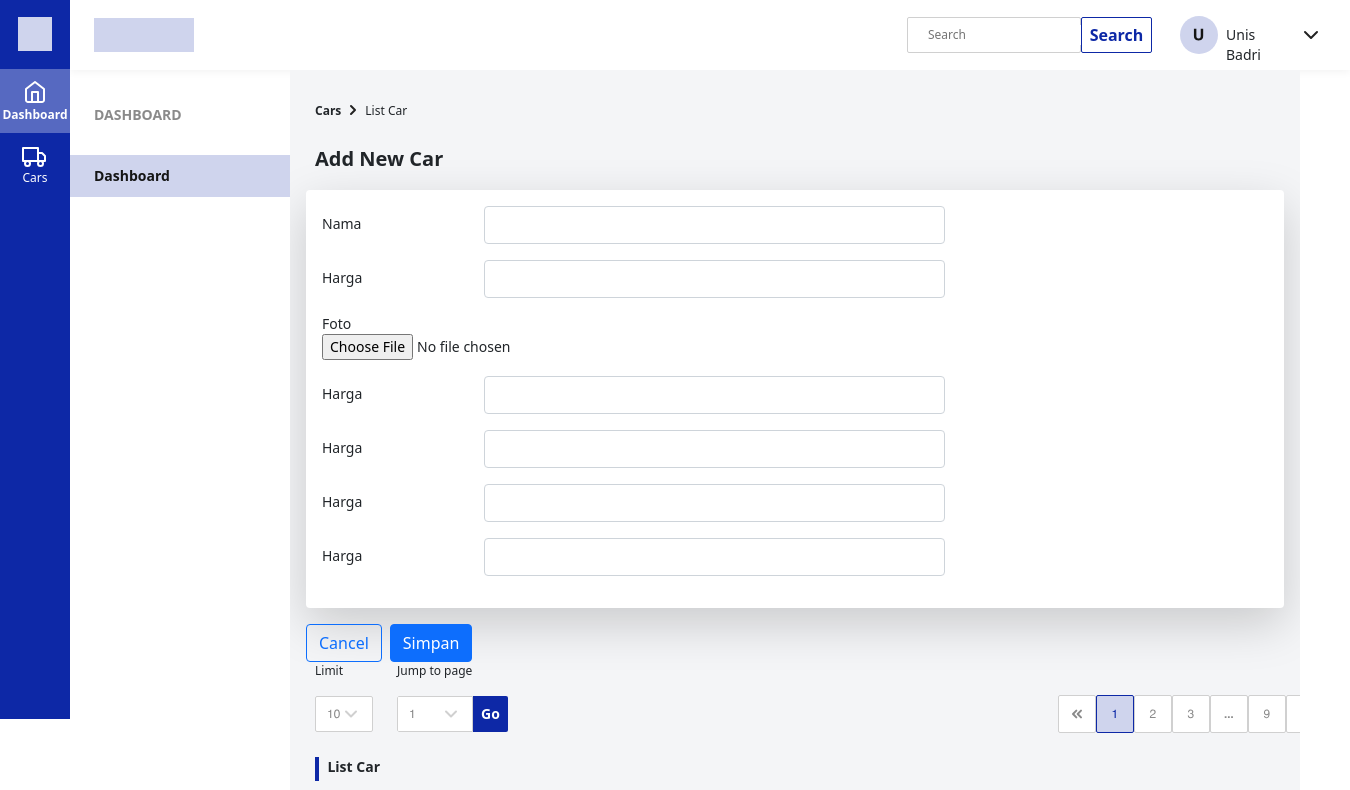
Repository: farrelmuhammad/challenge-7-binar
Page: /carlist/add
The author's editor kept a copy of each file at every save. The page is drawn from the files as they stood at one save, then again after the next save.
The browser window is 1280 px wide. The page is 1350 px wide, so the pictures cover 1350 px, including what lies to the right of the window. The pictures show the whole page.
An inner scrolling area shows only its first screen. The project was rebuilt for these pictures with package versions that can differ from the ones it lists, and the page was loaded fresh each time. Also part of the build but not shown: src/component/navbar.js, src/component/header.js, src/component/footer.js, src/App.js, src/component/admin/Dashboard/index.jsx, src/pages/admin/Dashboard.js, src/component/admin/Cars/index.jsx, src/pages/admin/CarsList.js and 2 more.

Above is the page before, as saved 2022-05-27 21:21:09.

### src/index.css
body {
  font-family: Helvetica Neue, Helvetica, Arial, sans-serif;
  font-style: normal;
  font-weight: normal;
  font-size: 14px;
  line-height: 20px;
  margin: 0;
  padding: 0;
}

h1,
h2,
h3,
h4,
h5 {
  line-height: 150%;
}

.header{
  background-color: #F1F3FF;
}

.footer i {
  color: #0D28A6;
  font-size: x-large;
}

.bg-darkblue{
  background-color: #0D28A6;
}

.logo {
  background-color: #0D28A6;
  width: 100px;
  height: 34px;
}

code {
  font-family: source-code-pro, Menlo, Monaco, Consolas, 'Courier New',
    monospace;
}

.card-cari {
  width: 1047px;
  /* height: 106px; */
  margin-top: -50px;
  z-index: 2;
}
.button-cari {
  width: 92px !important;
  margin-top: 30px;
  height: 36px;
}
.activeCari {
  height: 100%;
  width: 0;
  position: fixed;
  z-index: 2;
  top: 0;
  left: 0;
  background-color: rgba(0, 0, 0, 0.5);
  overflow-x: hidden;
  transition: 0.5s;
  padding-top: 34px;
}

### src/component/admin/Navbar.jsx
import { Link } from 'react-router-dom';
import './Navbar.css';

const Navbar = () => {
  return (
    <header>
      {/* navbar top */}
      <div className="nav-top navbar">
        <div className="logo"></div>
        <span
          className="icon-menu iconify"
          data-icon="charm:menu-hamburger"
          data-width="24"
        ></span>
        <form className="nav-search d-flex">
          <div className="box-search">
            <span
              className="iconify"
              data-icon="akar-icons:search"
              data-width="18"
            ></span>
            <input type="search" placeholder="Search" />
          </div>
          <button className="button-search" type="submit">
            Search
          </button>
        </form>
        <div className="profile">
          <img src="img/profile.svg" alt="profile" />
          <p>Unis Badri</p>
          <img className="dropdown" src="img/dropdown.svg" alt="dropdown" />
        </div>
      </div>

      {/* navbar side */}
      <div className="nav-side">
        <div className="nav-blue">
          <div className="square"></div>
          <div className="frame-menu">
            <div className="dash-img" id="active">
              <a href="/dashboard">
                <img src="/img/dashboard.svg" alt="dashboard" />
              </a>
              <a href="/dashboard">Dashboard</a>
            </div>
            <div className="dash-img">
              <Link to="/carlist">
              <a>
                <img src="/img/cars.svg" alt="cars" />
                Cars
              </a>
              </Link>
            </div>
          </div>
        </div>
        <div className="nav-white">
          <div className="title-menu">
            <h1>DASHBOARD</h1>
          </div>
          <div className="list-menu">
            <h1>Dashboard</h1>
          </div>
        </div>
      </div>
    </header>
  );
};

export default Navbar;

### src/component/admin/Cars/add/index.jsx
import React from 'react'
import Dropzone from 'react-dropzone'

export const AddCar = () => {
  return (
    <>
            <div className="content">
                <div className="breadcrumb">
                <h1>Cars</h1>
                <img src="../img/arrow-right.svg" alt="arrow-right" />
                <p>List Car</p>
                </div>
                <div className="col">
                    <h1 className="title-h1">Add New Car</h1>
                </div>



                <form className="form-input shadow-lg p-3 m-3 bg-body rounded">
                        <div className="row mb-3">
                            <label for="inputKode3" className="col-sm-2 col-form-label">Nama</label>
                            <div className="col-sm-6">
                            <input type="kode" className="form-control" id="inputKode3"/>
                            </div>
                        </div>
                        <div className="row mb-3">
                            <label for="inputPassword3" className="col-sm-2 col-form-label">Harga</label>
                            <div className="col-sm-6">
                            <input type="kode" className="form-control" id="inputKode3"/>
                            </div>
                        </div>
                        <div className="row mb-3">
                            <label for="exampleFormControlFile1">Foto</label>
                            <div className="col-sm-6">
                            <input type="file" class="form-control-file" id="exampleFormControlFile1"/>
                            </div>
                        </div>
                        <div className="row mb-3">
                            <label for="inputPassword3" className="col-sm-2 col-form-label">Harga</label>
                            <div className="col-sm-6">
                            <input type="kode" className="form-control" id="inputKode3"/>
                            </div>
                        </div>
                        <div className="row mb-3">
                            <label for="inputPassword3" className="col-sm-2 col-form-label">Harga</label>
                            <div className="col-sm-6">
                            <input type="kode" className="form-control" id="inputKode3"/>
                            </div>
                        </div>
                        <div className="row mb-3">
                            <label for="inputPassword3" className="col-sm-2 col-form-label">Harga</label>
                            <div className="col-sm-6">
                            <input type="kode" className="form-control" id="inputKode3"/>
                            </div>
                        </div>
                        <div className="row mb-3">
                            <label for="inputPassword3" className="col-sm-2 col-form-label">Harga</label>
                            <div className="col-sm-6">
                            <input type="kode" className="form-control" id="inputKode3"/>
                            </div>
                        </div>

                </form>
                        <div className="d-grid gap-2 d-md-flex justify-content-md-start ms-3">
                            <button className="btn btn-outline-primary" type="button">Cancel</button>
                            <button className="btn btn-primary" type="button">Simpan</button>
                        </div>

                {/* table navigation */}
                <div className="table-nav">
                <div className="limit-nav">
                    <p>Limit</p>
                    <img src="../img/form-drop.svg" alt="form-drop" />
                </div>
                <div className="jump-nav">
                    <p>Jump to page</p>
                    <img src="../img/form-drop-2.svg" alt="form-drop-2" />
                </div>
                <div className="go-nav">
                    <h1>Go</h1>
                </div>
                <div className="page-number">
                    <img src="../img/page-number.svg" alt="page-number" />
                </div>
                </div>

                <div className="list-car">
                <img src="../img/line-blue.svg" alt="" />
                <h1>List Car</h1>
                </div>
                {/* car table */}
                <div className="list-table">
                <table className="table table-borderless">
                    <thead>
                    <tr>
                        <th style={{ textAlign: "center" }}>No</th>
                        <th>
                        Name
                        <img className="sort" src="img/sort.svg" alt="sort" />
                        </th>
                        <th>
                        Category
                        <img className="sort" src="img/sort.svg" alt="sort" />
                        </th>
                        <th>
                        Price
                        <img className="sort" src="img/sort.svg" alt="sort" />
                        </th>
                        <th>
                        Start Rent
                        <img className="sort" src="img/sort.svg" alt="sort" />
                        </th>
                        <th>
                        Finish Rent
                        <img className="sort" src="img/sort.svg" alt="sort" />
                        </th>
                        <th>
                        Created at
                        <img className="sort" src="img/sort.svg" alt="sort" />
                        </th>
                        <th>
                        Updated at
                        <img className="sort" src="img/sort.svg" alt="sort" />
                        </th>
                    </tr>
                    </thead>
                    <tbody>
                    {/* {dataCarAdmin?.map((car, i) => (
                        <>
                        <tr>
                            <td key={car.id} style={{ textAlign: "center" }}>
                            {i + 1}
                            </td>
                            <td>{car.name}</td>
                            <td>{car.category}</td>
                            <td>{car.price}</td>
                            <td>{car.start_rent_at}</td>
                            <td>{car.finish_rent_at}</td>
                            <td>{car.createdAt}</td>
                            <td>{car.updatedAt}</td>
                        </tr>
                        </>
                    ))} */}
                    </tbody>
                </table>
                </div>

                {/* table navigation */}
                <div className="table-nav">
                <div className="limit-nav">
                    <p>Limit</p>
                    <img src="img/form-drop.svg" alt="form-drop" />
                </div>
                <div className="jump-nav">
                    <p>Jump to page</p>
                    <img src="img/form-drop-2.svg" alt="form-drop-2" />
                </div>
                <div className="go-nav">
                    <h1>Go</h1>
                </div>
                <div className="page-number">
                    <img src="img/page-number.svg" alt="page-number" />
                </div>
                </div>
            </div>
            </>
  )
}

export default AddCar

### src/component/admin/Navbar.css
h1 {
    font-size: 14px;
    line-height: 20px;
}

header .nav-top {
    position: absolute;
    width: 1280px;
    height: 70px;
    left: 70px;
    right: 0;
    top: 0px;
    box-shadow: 0px 2px 8px rgba(0, 0, 0, 0.05);
}

header .nav-top .logo {
    position: absolute;
    width: 100px;
    height: 34px;
    left: 24px;
    top: 18px;
    background: #CFD4ED;
}

header .nav-top .icon-menu {
    position: absolute;
    width: 24px;
    height: 24px;
    left: 244px;
    top: 23px;
}

header .nav-top .nav-search {
    display: flex;
    flex-direction: row;
    align-items: flex-start;
    padding: 0px;
    position: absolute;
    width: 245px;
    height: 36px;
    left: 837px;
    top: 17px;
}

header .nav-top .nav-search .box-search {
    display: flex;
    flex-direction: row;
    align-items: center;
    padding-left: 12px;
    width: 174px;
    height: 36px;
    border: 1px solid #D0D0D0;
    border-radius: 2px;
    font-size: 12px;
    line-height: 18px;
    color: #8A8A8A;
}

header .nav-top .nav-search .box-search > input {
    border: none;
    outline: none;
    padding-left: 8px;
}

header .nav-top .nav-search .button-search {
    display: flex;
    flex-direction: row;
    justify-content: center;
    align-items: center;
    padding: 8px 12px;
    width: 71px;
    height: 36px;
    background-color: white;
    border: 1px solid #0D28A6;
    border-radius: 2px;
    font-weight: 700;
    color:#0D28A6;
}

header .nav-top .profile {
    display: flex;
    flex-direction: row;
    align-items: center;
    position: absolute;
    width: 143px;
    height: 38px;
    left: 1110px;
    right: 24px;
    top: 16px;
}

header .nav-top .profile > p {
    position: absolute;
    width: 65px;
    height: 20px;
    left: 46px;
    top: 9px;
    font-weight: 400;
    font-size: 14px;
    line-height: 20px;
}

header .nav-top .profile .dropdown {
    position: absolute;
    width: 24px;
    height: 24px;
    left: 119px;
    top: 7px;
}

header .nav-side {
    position: absolute;
    width: 290px;
    height: 100%;
    left: 0px;
    top: -1px;
}

header .nav-side .nav-blue {
    position: absolute;
    left: 0%;
    right: 75.86%;
    top: 0%;
    bottom: 0%;
    background: #0D28A6;
}

header .nav-side .nav-blue .square {
    position: absolute;
    width: 34px;
    height: 34px;
    left: 18px;
    top: 18px;
    background: #CFD4ED;
}

header .nav-side .nav-blue .frame-menu {
    display: flex;
    flex-direction: column;
    align-items: flex-start;
    padding: 0px;
    position: absolute;
    width: 70px;
    height: 128px;
    left: 0px;
    top: 70px;
}

header .nav-side .nav-blue .frame-menu .dash-img {
    display: flex;
    flex-direction: column;
    justify-content: center;
    align-items: center;
    padding: 20px 23px;
    position: static;
    width: 70px;
    height: 64px;
    left: 0px;
    top: 0px;
}

#active {
    font-weight: 700;
    background: rgba(255, 255, 255, 0.3);
}

header .nav-side .nav-blue .frame-menu .dash-img a {
    font-size: 12px;
    line-height: 18px;
    margin-top: 2px;
    text-decoration: none;
    color: white;
}

header .nav-side .nav-blue img:last-child {
    margin-top: 0;
}

header .nav-side .nav-white {
    position: absolute;
    left: 24.14%;
    right: 0%;
    top: 7.76%;
    bottom: 0.22%;
}

header .nav-side .nav-white .title-menu {
    position: absolute;
    width: 220px;
    height: 42px;
    left: 24px;
    top: 50px;
}

header .title-menu h1 {
    font-weight: 700;
    color: #8A8A8A;
    left: 24px;
}

header .nav-side .nav-white .list-menu {
    position: static;
    margin-top: 100px;
    width: 220px;
    height: 42px;
    padding: 11px 24px;
    background: #CFD4ED;
}

header .list-menu h1 {
    font-weight: 700;
    color: #151515;
    left: 24px;
}

### src/component/admin/Dashboard/Content.css
.content {
    position: absolute;
    overflow: auto;
    left: 290px;
    top: 70px;
    /* width: 1280px; */
    height: 100%;
    background: #F4F5F7;
    font-size: 14px;
    line-height: 20px;
}

.content .breadcrumb {
    position: absolute;
    width: 300px;
    height: 18px;
    left: 25px;
    top: 32px;
}

.content .breadcrumb > h1 {
    font-size: 12px;
    line-height: 18px;
    font-weight: 700;
}

.content .breadcrumb > p {
    font-size: 12px;
    line-height: 18px;
    font-weight: 300;
}

.content .breadcrumb > img {
    width: 16px;
    height: 16px;
    margin-left: 4px;
    margin-right: 4px;
}

.content .title-h1 {
    font-size: 20px;
    line-height: 30px;
    font-weight: 700;
    margin-left: 25px;
    margin-top:74px;
}

.content .list-order {
    margin-top: 24px;
    position: absolute;
    width: 79px;
    height: 24px;
    margin-left: 25px;
}

.content .list-order > img {
    width: 4px;
    height: 24px;
}

.content .list-order > h1 {
    float: right;
    font-weight: 700;
    margin-left: 8px;
}

.content .list-table table {
    margin-left: 25px;
    margin-top: 72px;
    width: 100%;
    table-layout: fixed;
    background-color: white;
    border: 1px solid none;
    border-radius: 2px;
}

.content .list-table table thead {
    background-color: rgba(207, 212, 237, 1);
    font-weight: 700;
}

.content .list-table table thead th:first-child {
    width: 40px;
}

.content .list-table table thead th > img {
    float: right;
}

.content .table-nav {
    display: flex;
    flex-direction: row;
    width: 1010px;
    font-size: 12px;
    line-height: 18px;
    font-weight: 300;
}

.content .table-nav .limit-nav{
    margin-left: 25px;
}

.content .table-nav .limit-nav p {
    font-size: 12px;
    line-height: 18px;
}

.content .table-nav .jump-nav {
    margin-left: 24px;
}

.content .table-nav .jump-nav p {
    font-size: 12px;
    line-height: 18px;
}

.content .table-nav .go-nav {
    width: 43px;
    height: 36px;
    margin-top: 34px;
    background: #0D28A6;
    border-radius: 0px 2px 2px 0px;
}

.content .table-nav .go-nav > h1 {
    text-align: center;
    font-weight: bold;
    color: white;
    padding: 8px 8px;
}

.content .table-nav .page-number {
    margin-top: 33px;
    margin-left: 550px;
}

.content .list-car {
    margin-top: 24px;
    position: absolute;
    width: 65px;
    height: 24px;
    margin-left: 25px;
}

.content .list-car > img {
    width: 4px;
    height: 24px;
}

.content .list-car > h1 {
    float: right;
    font-weight: 700;
    margin-left: 8px;
}

.content .title-button-car {
    display: inline-flex;
}

.content .title-button-car > h1 {
    margin-right: 800px;
}

.content .title-button-car > a img {
    margin-top: 74px;
}

.content .button-category {
    margin-top: 24px;
    margin-left: 8px;
    display: inline-flex;
}

.content .button-category img {
    margin-left: 16px;
}

.content .cars-card {
    width: 320px;
    height: 482px;
    margin-left: 25px;
    margin-top: 24px;
    box-shadow: 0px 0px 4px rgba(0, 0, 0, 0.15);
    border-radius: 8px;
}

.content .cars-card .card-img-top {
    width: 270px;
    height: 160px;
    margin: auto;
    margin-top: 55px;
}

.content .cars-card .card-body {
    padding: 24px;
}

.content .cars-card .card-body .bold-h1 {
    font-weight: 700;
    font-size: 16px;
    line-height: 24px;
    margin-bottom: 0;
}

.content .cars-card .card-body-text {
    display: inline-flex;
    width: 303px;
    height: 20px;
    margin-top: 16px;
}

.content .cars-card .card-body-text img {
    margin-right: 8px;
    width: 20px;
    height: 20px;
}

.content .cars-card .button-card {
    display: inline-flex;
    margin-left: 8px;
    margin-top: 24px;
}

.content .cars-card .button-card img {
    width: 120px;
}

.content .cars-card .button-card img:last-child {
    margin-left: 16px;
}

.content .form-add-new-car {
    width: 1010px;
    height: 350px;
    background: white;
    margin-top: 32px;
    margin-left: 25px;
}

.content .form-add-new-car .content-form {
    padding-top: 16px;
    padding-left: 25px;
    font-weight: 300;
    font-size: 12px;
    line-height: 18px;
}

.content .form-add-new-car .content-form label {
    width: 147px;
}

.content .form-add-new-car .content-form input {
    width: 339px;
    height:auto;
    border: 1px solid #D0D0D0;
    border-radius: 2px;
    color: #8A8A8A;
    font-weight: 300;
    font-size: 12px;
    line-height: 18px;
}

.content .form-add-new-car .content-form .content-box {
    margin-left: 4px;
}

.content .form-add-new-car .content-h1 h1 {
    display: inline-flex;
    margin-left: 25px;
    margin-top: 16px;
    font-weight: 300;
    font-size: 12px;
    line-height: 18px;
}

.content .form-add-new-car .content-h1 h1:first-child {
    width: 147px;
}

.content .form-add-new-car .content-h1 h1:last-child {
    margin-left: 8px;
}

.content .button-form {
    display: inline-flex;
    margin-left: 9px;
}

.content .button-form img {
    margin-left: 16px;
    margin-top: 282px;
    margin-bottom: 40px;
}

Loaded but not shown: public/index.html (common file); src/app/store.js (common file); src/reportWebVitals.js (common file); src/features/counter/counterAPI.js (common file); src/features/counter/counterSlice.js (73 lines, source omitted); src/Routes.js (25 lines, source omitted); src/index.js (26 lines, source omitted); src/pages/admin/AddCar.js (14 lines, source omitted); src/component/admin/Cars/Content.css (338 lines, source omitted)

After the next save:
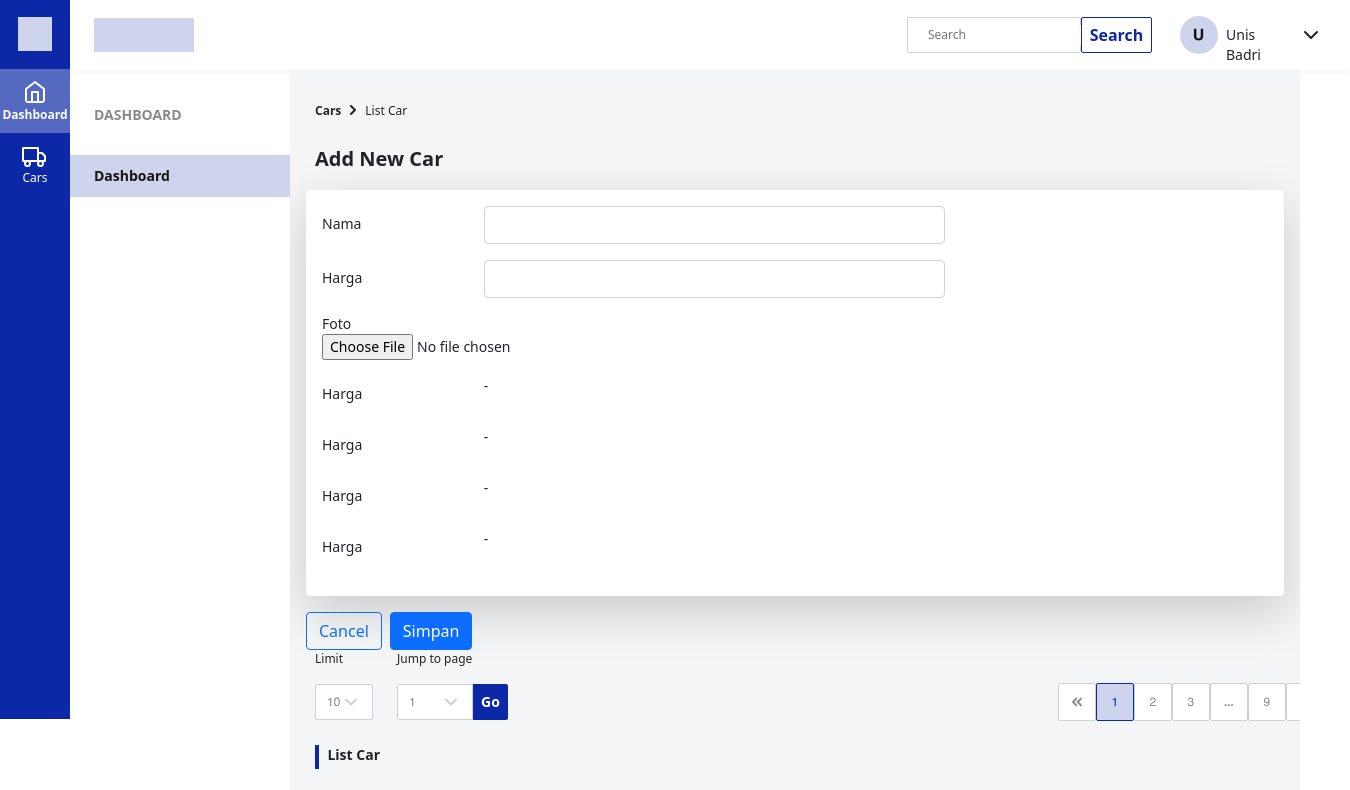
Saved 18 s later.
--- a/src/component/admin/Cars/add/index.jsx
+++ b/src/component/admin/Cars/add/index.jsx
@@ -38,25 +38,25 @@ export const AddCar = () => {
                         <div className="row mb-3">
                             <label for="inputPassword3" className="col-sm-2 col-form-label">Harga</label>
                             <div className="col-sm-6">
-                            <input type="kode" className="form-control" id="inputKode3"/>
+                            -
                             </div>
                         </div>
                         <div className="row mb-3">
                             <label for="inputPassword3" className="col-sm-2 col-form-label">Harga</label>
                             <div className="col-sm-6">
-                            <input type="kode" className="form-control" id="inputKode3"/>
+                            -
                             </div>
                         </div>
                         <div className="row mb-3">
                             <label for="inputPassword3" className="col-sm-2 col-form-label">Harga</label>
                             <div className="col-sm-6">
-                            <input type="kode" className="form-control" id="inputKode3"/>
+                            -
                             </div>
                         </div>
                         <div className="row mb-3">
                             <label for="inputPassword3" className="col-sm-2 col-form-label">Harga</label>
                             <div className="col-sm-6">
-                            <input type="kode" className="form-control" id="inputKode3"/>
+                            -
                             </div>
                         </div>
 
